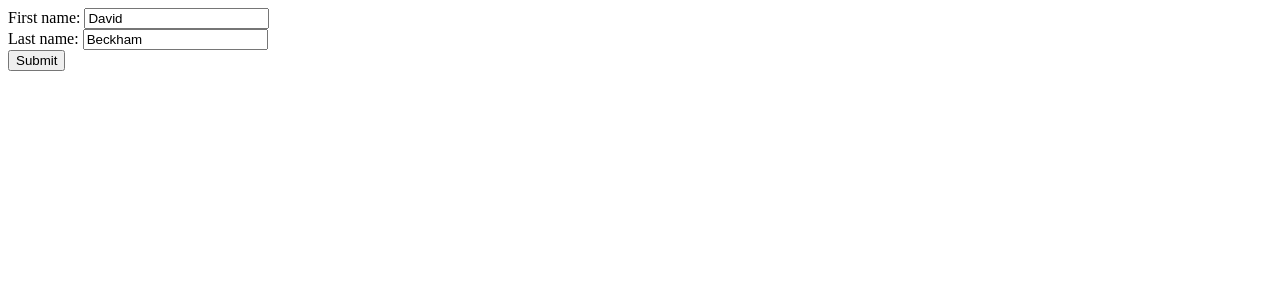
Repository: magdaf41/jQuery
Page: zadanie 3/index.html
An editor plug-in stored every save of this project. The page is shown before and after the next save, followed by the edit.
The browser window is 1280 px wide. The pictures show the whole page.

Above is the page before, as saved 2020-09-07 21:14:49.
Not found: zadanie 3/js/script.js

After the next save:
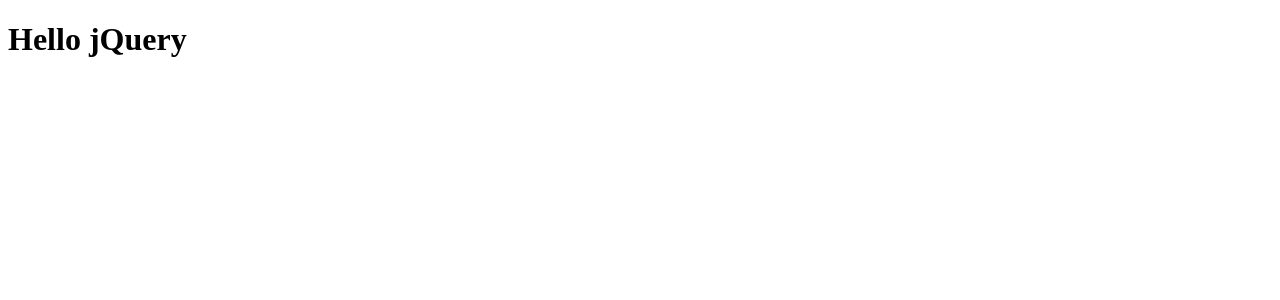
Saved 21 h 24 min later.
--- a/zadanie 3/index.html
+++ b/zadanie 3/index.html
@@ -7,14 +7,7 @@
 </head>
 
 <body>
-    <form id="form1" onsubmit="getFormvalue()">
-        <label for="fname">First name: </label>
-        <input type="text" name="fname" value="David"><br>
-        <label for="lanme">Last name: </label>
-        <input type="text" name="lname" value="Beckham"><br>
-        <input id="submit" type="submit" value="Submit">
-        <script src="js/script.js"></script>
-    </form>
+    <h1>Hello jQuery</h1>
 </body>
 
 </html>
